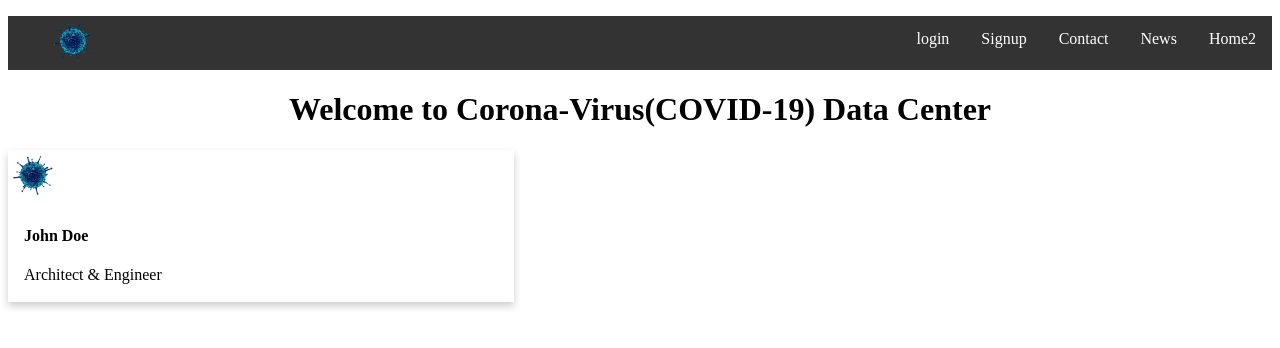
Repository: xthashankar/COVID-19-data-
Page: news.html
An editor plug-in stored every save of this project. The page is shown before and after the next save, followed by the edit.
The browser window is 1280 px wide. The pictures show the whole page.
The page's requests for data from a server got no answer.

Above is the page before, as saved 2020-04-10 16:33:22.

After the next save:
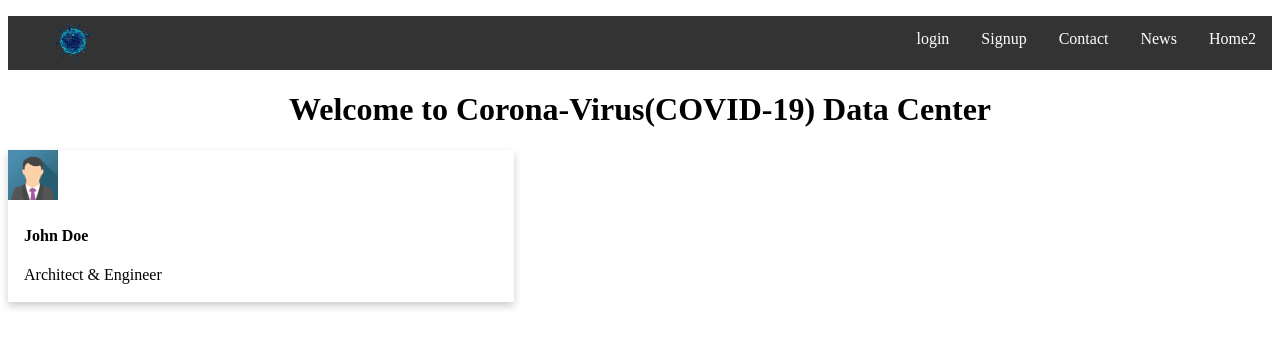
Saved 82 s later.
--- a/news.html
+++ b/news.html
@@ -20,7 +20,7 @@
     <h1>Welcome to Corona-Virus(COVID-19) Data Center</h1>
 
     <div class="card">
-        <img src="image/coronavirus.png" alt="Avatar" >
+        <img src="image/img_avatar.png" alt="Avatar" >
         <div class="container">
           <h4><b>John Doe</b></h4>
           <p>Architect & Engineer</p>
